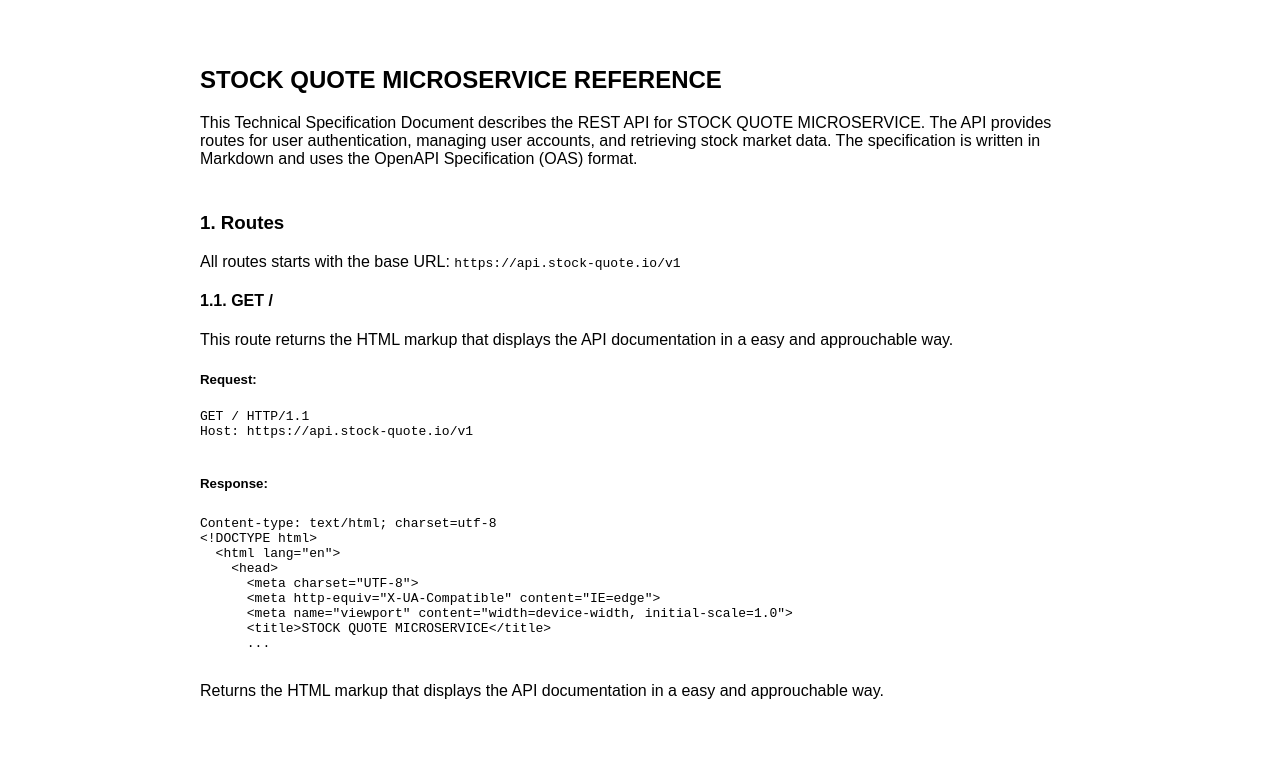
Repository: miguelamello/nest-js
Page: stock-service/reference.html
An editor plug-in stored every save of this project. The page is shown before and after the next save, followed by the edit.
The browser window is 1280 px wide. The pictures show the whole page.

Above is the page before, as saved 2023-04-03 13:43:55.

### stock-service/reference.html
<!DOCTYPE html>
<html lang="en">
<head>
  <meta charset="UTF-8">
  <meta http-equiv="X-UA-Compatible" content="IE=edge">
  <meta name="viewport" content="width=device-width, initial-scale=1.0">
  <title>STOCK QUOTE MICROSERVICE</title>
  <style>
    body {
      font-family: Arial, Helvetica, sans-serif;
      padding: 3% 15%;
    }
    h3 {
      margin-top: 5%;
    }
    pre {
      margin: 0;
      overflow: auto;
    }
  </style>
</head>
<body>
  <h2>STOCK QUOTE MICROSERVICE REFERENCE</h2>
  <p>
    This Technical Specification Document describes the REST API for STOCK QUOTE MICROSERVICE.
    The API provides routes for user authentication, managing user accounts, and retrieving stock market data.
    The specification is written in Markdown and uses the OpenAPI Specification (OAS) format.
  </p>

  <p>
    <h3>1. Routes</h3>
    <p>
      All routes starts with the base URL: <code>https://api.stock-quote.io/v1</code>
    </p>
  </p>

  <p>
    <h4>1.1. GET /</h4>
    This route returns the HTML markup that displays the API
    documentation in a easy and approuchable way.
  </p>
  <h5>Request:</h5>
  <pre>
GET / HTTP/1.1
Host: https://api.stock-quote.io/v1
  </pre>

  <h5>Response: </h5><code>Content-type: text/html; charset=utf-8</code>

  <pre>
&lt;!DOCTYPE html&gt;
  &lt;html lang="en"&gt;
    &lt;head&gt;
      &lt;meta charset="UTF-8"&gt;
      &lt;meta http-equiv="X-UA-Compatible" content="IE=edge"&gt;
      &lt;meta name="viewport" content="width=device-width, initial-scale=1.0"&gt;
      &lt;title&gt;STOCK QUOTE MICROSERVICE&lt;/title&gt;
      ...
  </pre>

  <p>
    Returns the HTML markup that displays the API documentation in a easy and approuchable way.
  </p>

</body>
</html>

After the next save:
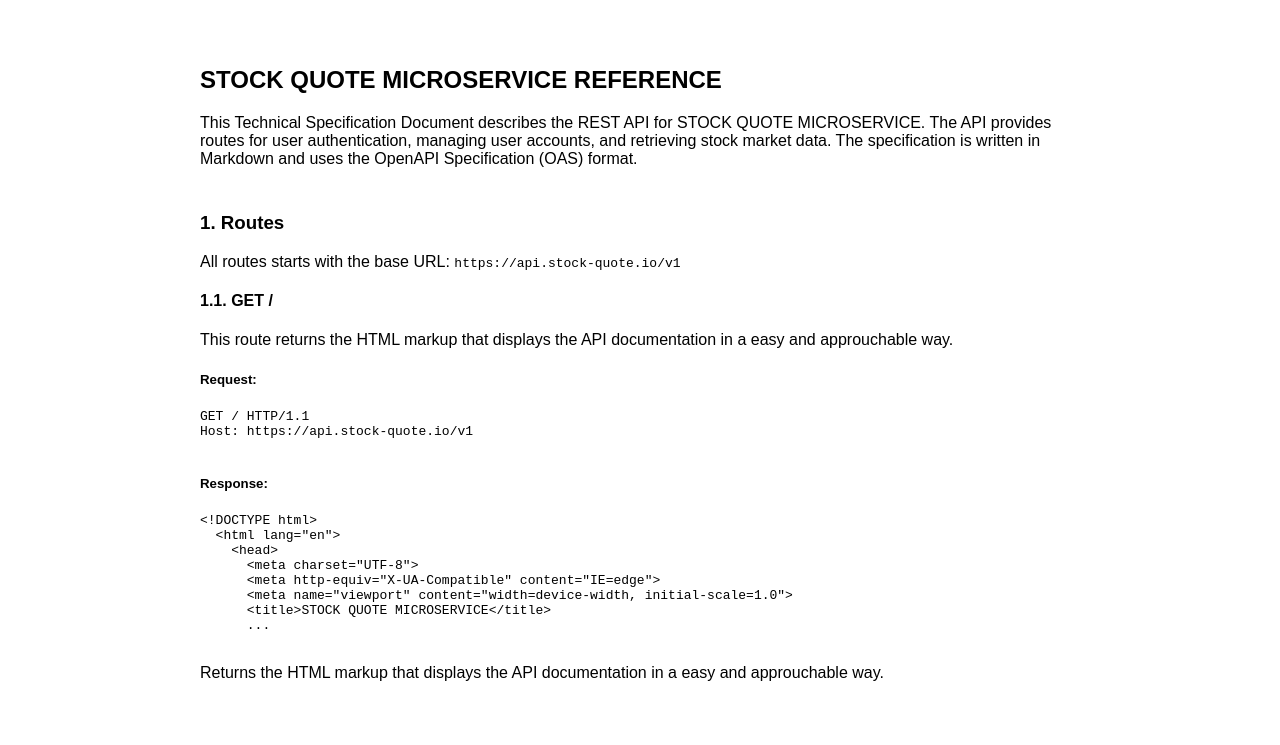
Saved 74 s later.
--- a/stock-service/reference.html
+++ b/stock-service/reference.html
@@ -45,7 +45,7 @@ GET / HTTP/1.1
 Host: https://api.stock-quote.io/v1
   </pre>
 
-  <h5>Response: </h5><code>Content-type: text/html; charset=utf-8</code>
+  <h5>Response: </h5>
 
   <pre>
 &lt;!DOCTYPE html&gt;
